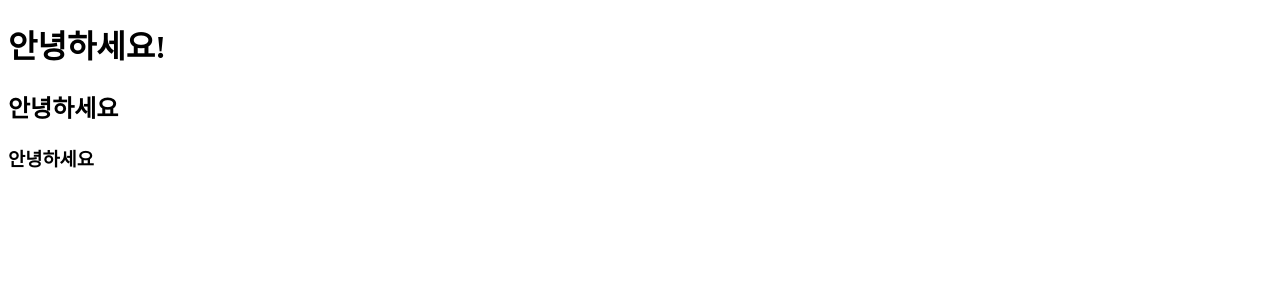
Repository: kmg8138/java
Page: 2020.04.03/ex02/WebContent/ex01.html
An editor plug-in stored every save of this project. The page is shown before and after the next save, followed by the edit.
The browser window is 1280 px wide. The pictures show the whole page.

Above is the page before, as saved 2020-04-03 07:37:45.

After the next save:
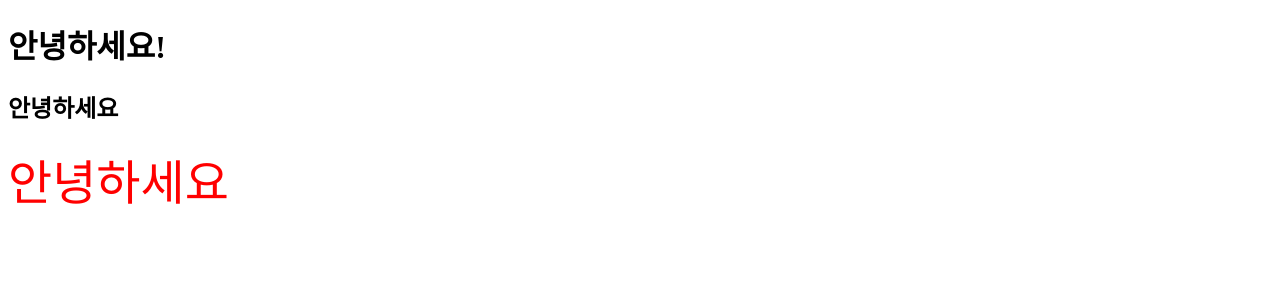
Saved 65 s later.
--- a/2020.04.03/ex02/WebContent/ex01.html
+++ b/2020.04.03/ex02/WebContent/ex01.html
@@ -7,6 +7,6 @@
 <body>
 	<h1>안녕하세요!</h1>
 	<h2>안녕하세요</h2>
-	<h3>안녕하세요</h3>
+	<font color="red" size="50">안녕하세요</font>
 </body>
 </html>
